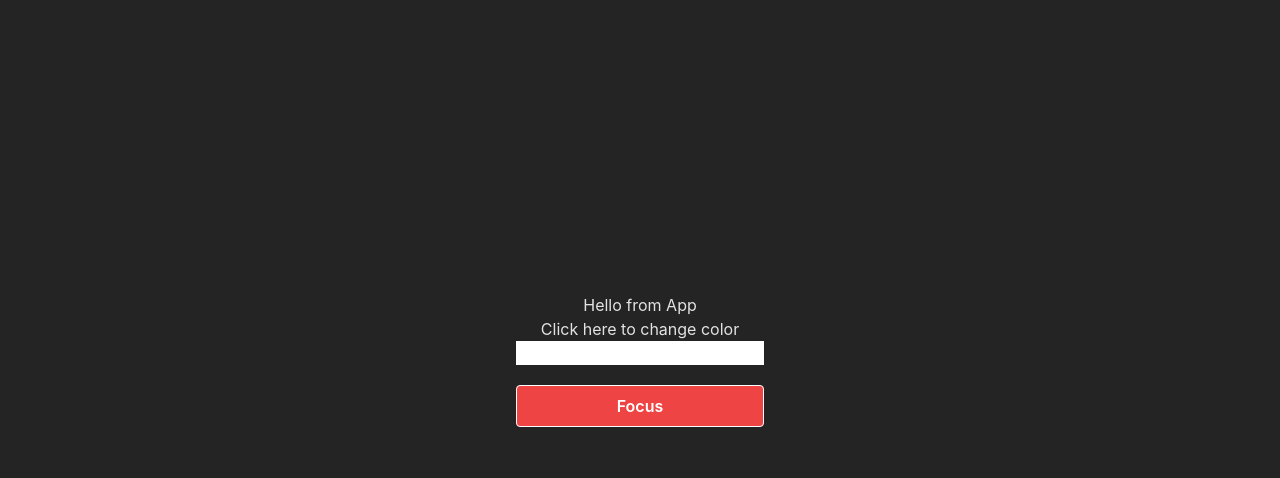
Repository: s-babaeizadeh/react-hooks-typescript
Page: / (app in useRefComp/)
The author's editor kept a copy of each file at every save. The page is drawn from the files as they stood at one save, then again after the next save.
The browser window is 1280 px wide. The pictures show the whole page.
The project was rebuilt for these pictures with package versions that can differ from the ones it lists, and the page was loaded fresh each time. Also part of the build but not shown: useRefComp/vite.config.ts.

Above is the page before, as saved 2024-11-28 20:55:47.

### useRefComp/src/App.tsx
import React, { useEffect, useRef, useState } from "react";

import "./App.css";

const App = () => {
  const [text, setText] = useState("");
  const persistRef = useRef(0);
  const changeColorRef = useRef<HTMLHeadingElement | null>(null);

  const inputRef = useRef<HTMLInputElement>(null);

  useEffect(() => {
    persistRef.current += 1;
  });

  console.log(persistRef.current);

  const handleClick = () => {
    if (changeColorRef.current) {
      changeColorRef.current.style.color = "blue";
    }
  };

  const handleChange = (e: React.ChangeEvent<HTMLInputElement>) => {
    setText(e.target.value);
  };

  const focusInput = () => {
    if (inputRef.current) {
      inputRef.current.focus();
    }
  };
  return (
    <div>
      <h1 ref={changeColorRef}>Hello from App</h1>
      <h2 onClick={handleClick}>Click here to change color</h2>
      <div className="flex flex-col gap-5">
        <input type="text" onChange={handleChange} ref={inputRef} />
        <button
          onClick={focusInput}
          className="p-3 bg-red-500 hover:bg-blue-500 text-blue-700 font-semibold text-white py-2 px-4 border border-white hover:border-transparent rounded"
        >
          Focus
        </button>
      </div>
      <h2>{text}</h2>
    </div>
  );
};

export default App;

Loaded but not shown: useRefComp/index.html (common file); useRefComp/src/main.tsx (common file); useRefComp/src/index.css (common file); useRefComp/src/App.css (common file); useRefComp/tailwind.config.js (common file)

After the next save:
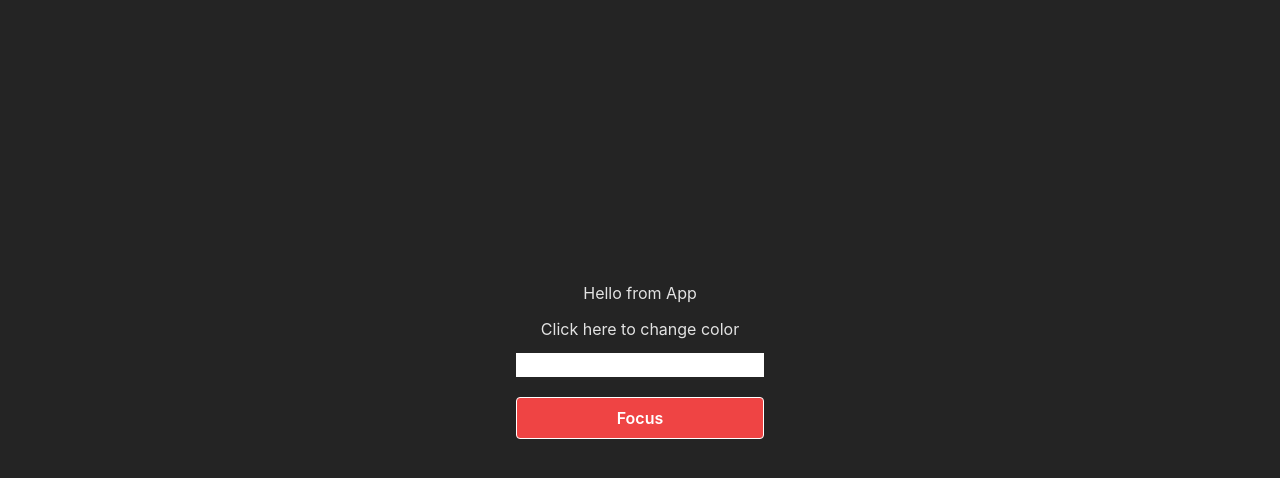
Saved 29 s later.
--- a/useRefComp/src/App.tsx
+++ b/useRefComp/src/App.tsx
@@ -33,7 +33,9 @@ const App = () => {
   return (
     <div>
       <h1 ref={changeColorRef}>Hello from App</h1>
-      <h2 onClick={handleClick}>Click here to change color</h2>
+      <h2 onClick={handleClick} className="py-3">
+        Click here to change color
+      </h2>
       <div className="flex flex-col gap-5">
         <input type="text" onChange={handleChange} ref={inputRef} />
         <button
